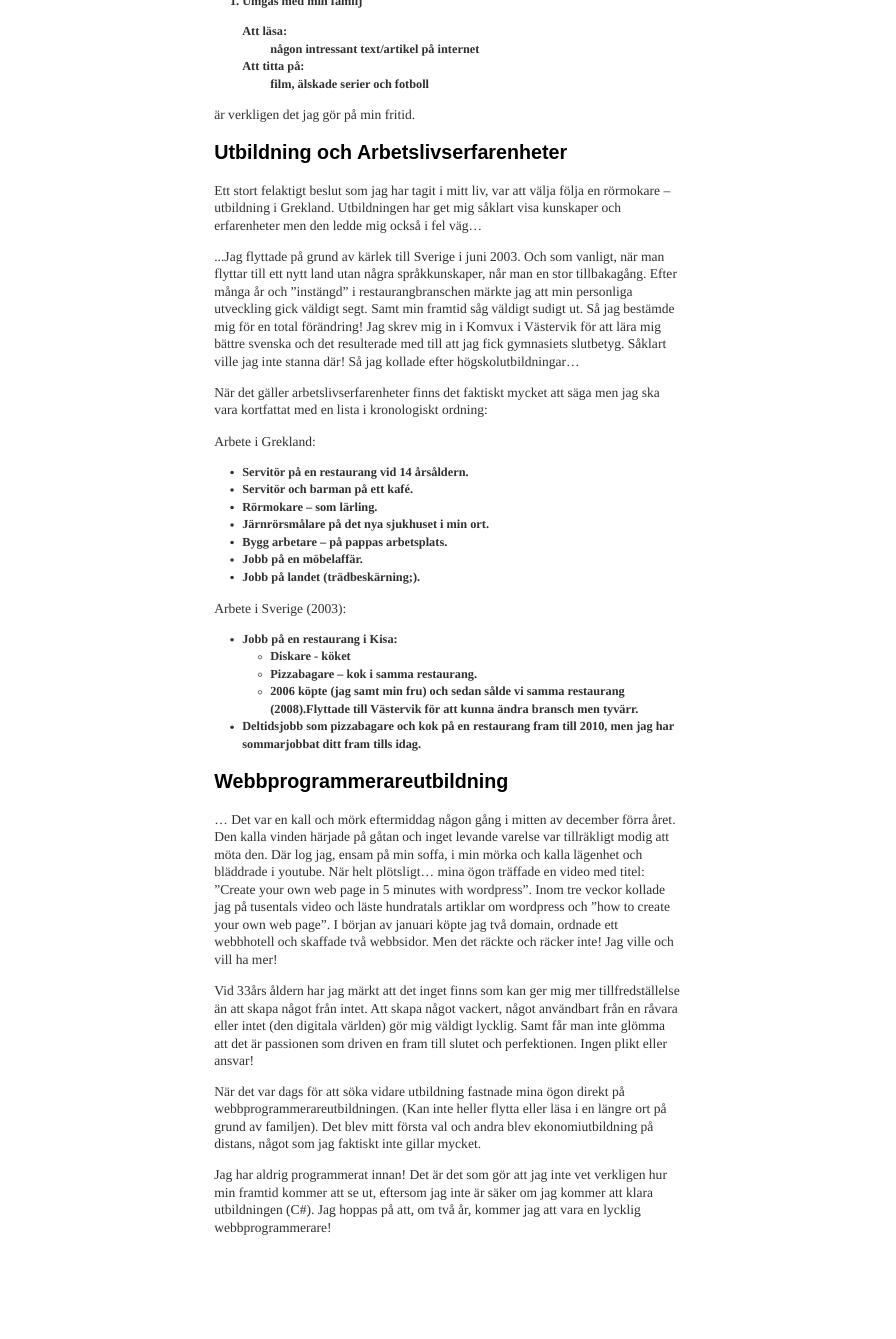
Repository: dn222em/1ik415-laborationer
Page: pages/Presentation.html
The author's editor kept a record of every edit. The page is drawn from the files as they stood at one moment, then again after the next edit.
The browser window is 1280 px wide. The pictures show the part of the page from y = 1177 to 3097 px (the page is 3090 px tall before and 3097 px after), at 70% of full size.

Above is the page before.

After the next edit:
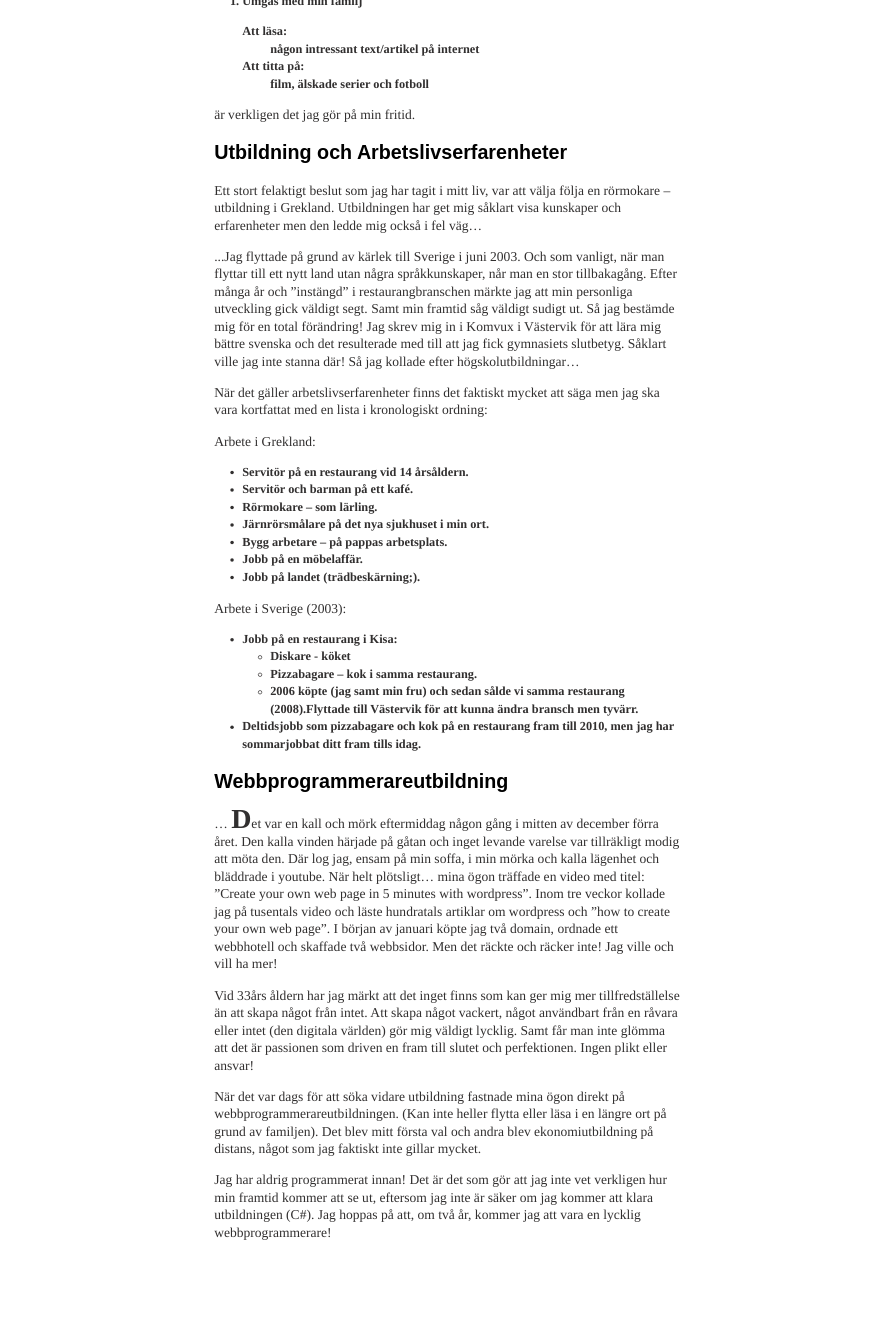
The edit:
--- a/pages/Presentation.html
+++ b/pages/Presentation.html
@@ -104,7 +104,7 @@
 
     <h3>Webbprogrammerareutbildning</h3>
 
-            <p>… Det var en kall och mörk eftermiddag någon gång i mitten av december
+            <p>… <code id="special">D</code>et var en kall och mörk eftermiddag någon gång i mitten av december
             förra året. Den kalla vinden härjade på gåtan och inget levande varelse var
             tillräkligt modig att möta den. Där log jag, ensam på min soffa, i min
             mörka och kalla lägenhet och bläddrade i youtube. När helt plötsligt… mina
